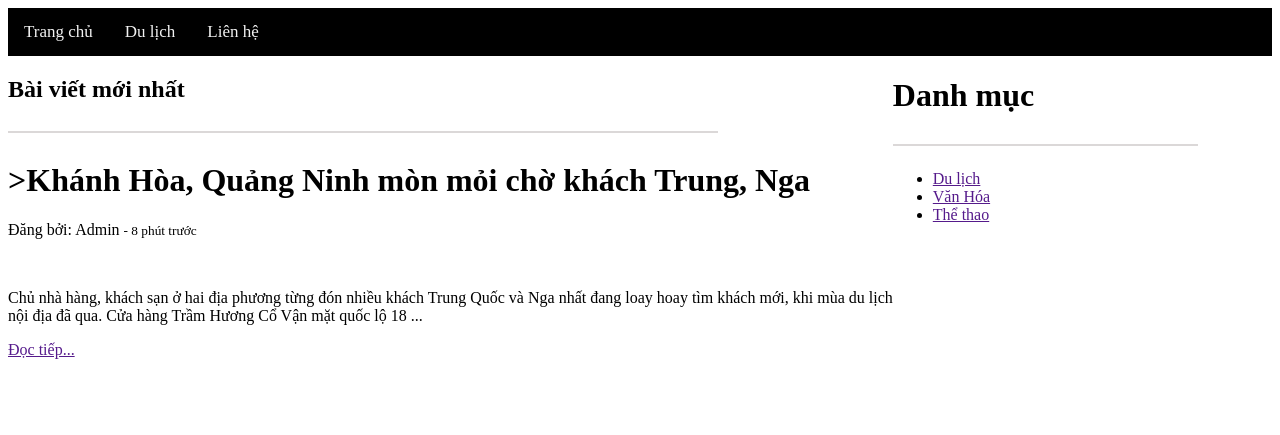
Repository: Lehuyhuynh/BTH2-CSS
Page: BTH3/BTH4/index.html
The author's editor kept a copy of each file at every save. The page is drawn from the files as they stood at one save, then again after the next save.
The browser window is 1280 px wide. The pictures show the whole page.

Above is the page before, as saved 2023-08-11 16:56:35.

After the next save:
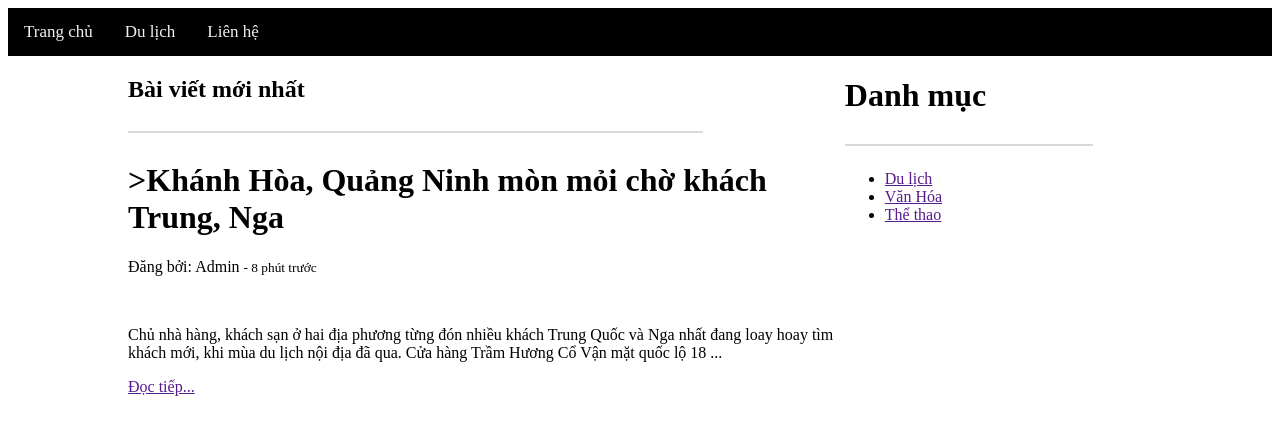
Saved 119 s later.
--- a/BTH3/BTH4/style.css
+++ b/BTH3/BTH4/style.css
@@ -27,7 +27,7 @@
   background: #ddd;
   color: black;
 }
-.content {
+.contenr {
   width: 1024px;
   margin: 0 auto;
   height: 300px;
